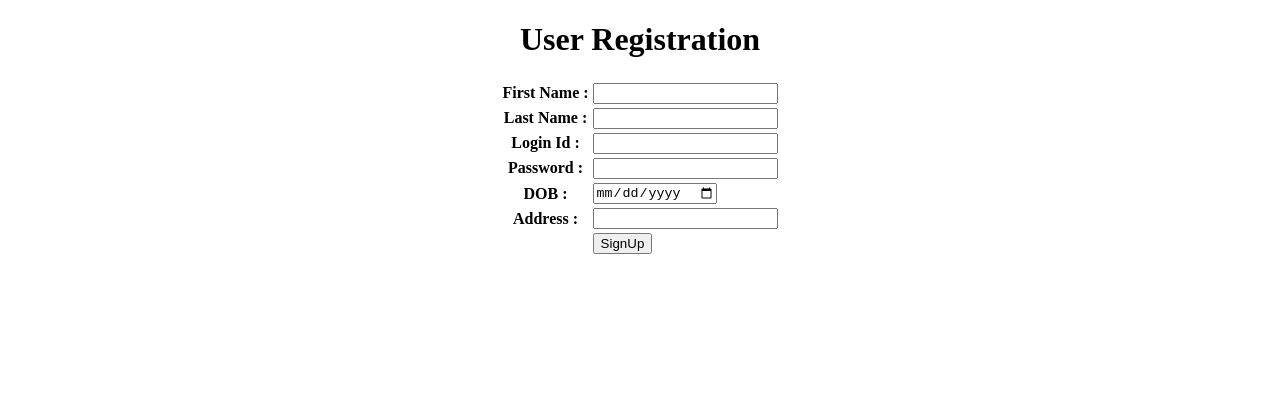
Repository: HimanshuJain1991/ProjectModuleUseCase
Page: http://localhost/Practice/UserRegistrationView.jsp
These files come from the project's save history. The page is drawn as it stood at one moment and after the next save; the edit follows.
The browser window is 1280 px wide. The pictures show the whole page.
The page is served by Tomcat 9. Other server files are loaded and not shown.

Above is the page before, as saved 2024-02-27 20:04:36.

### Practice/src/main/webapp/UserRegistrationView.jsp
<%@page import="in.co.rays.dto.UserDTO"%>
<%@ page language="java" contentType="text/html; charset=ISO-8859-1"
	pageEncoding="ISO-8859-1"%>
<!DOCTYPE html>
<html>
<head>
<meta charset="ISO-8859-1">
<title>Insert title here</title>
</head>

<body>
	<form action="UserRegistrationCtl" method="post">
		<center>
			<table>
			<h1>User Registration</h1>
				<tr>
					<th>First Name :</th>
					<td><input type="text" name="firstName"></td>
				</tr>
				<tr>
					<th>Last Name :</th>
					<td><input type="text" name="lastName"></td>

				</tr>
				<tr>
					<th>Login Id :</th>
					<td><input type="text" name="loginId"></td>

				</tr>
				<tr>
					<th>Password :</th>
					<td><input type="password" name="password"></td>

				</tr>
				<tr>
					<th>DOB :</th>
					<td><input type="date" name="dob"></td>

				</tr>
				<tr>
					<th>Address :</th>
					<td><input type="text" name="address"></td>

				</tr>
				<tr>
					<th></th>
					<td><button type="submit" name="operation">SignUp</button></td>
				</tr>

				</center>
				</form>
</body>
</html>

After the next save:
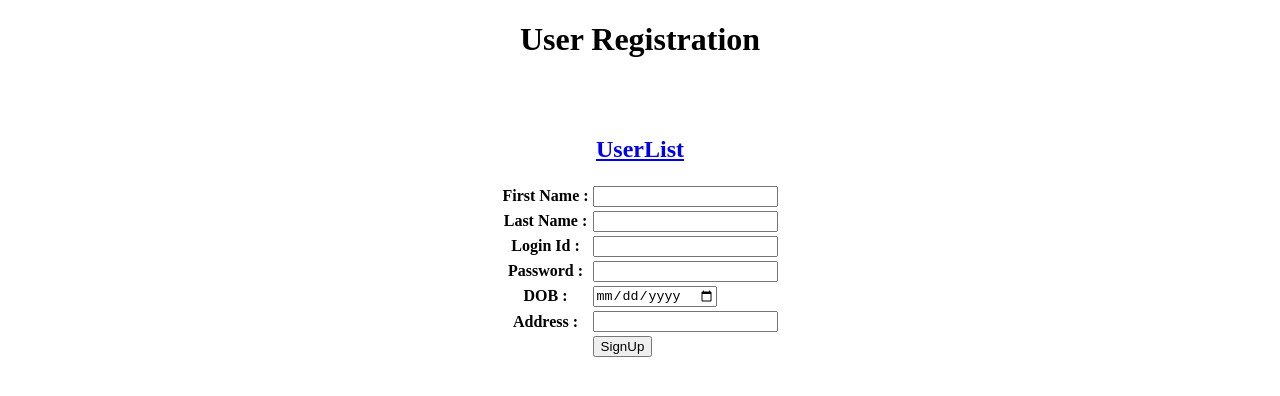
Saved 60 s later.
--- a/Practice/src/main/webapp/UserRegistrationView.jsp
+++ b/Practice/src/main/webapp/UserRegistrationView.jsp
@@ -46,7 +46,8 @@
 					<th></th>
 					<td><button type="submit" name="operation">SignUp</button></td>
 				</tr>
-
+				<br><br>
+<h2><a href="UserListCtl"> UserList</a></h2>
 				</center>
 				</form>
 </body>

After the save that followed:
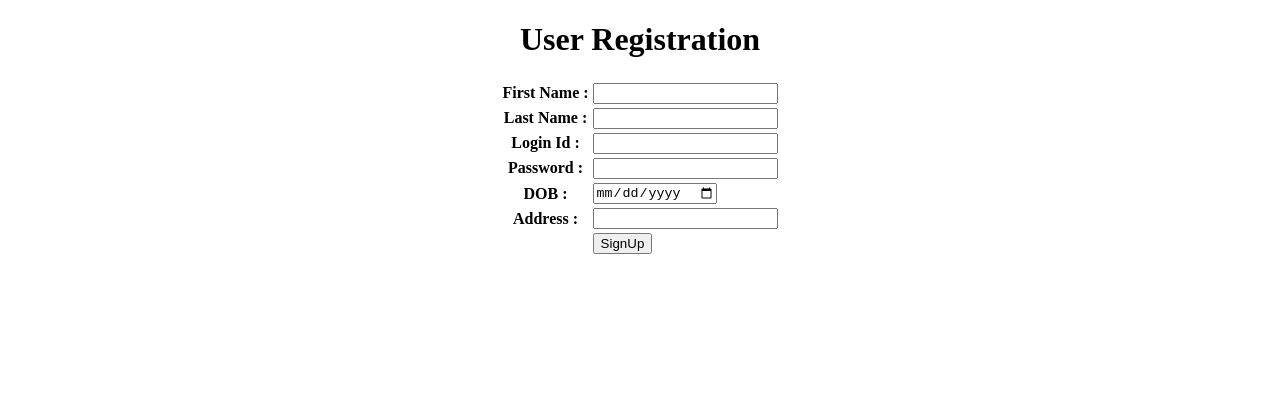
Saved 69 s later.
--- a/Practice/src/main/webapp/UserRegistrationView.jsp
+++ b/Practice/src/main/webapp/UserRegistrationView.jsp
@@ -46,8 +46,8 @@
 					<th></th>
 					<td><button type="submit" name="operation">SignUp</button></td>
 				</tr>
-				<br><br>
-<h2><a href="UserListCtl"> UserList</a></h2>
+
+
 				</center>
 				</form>
 </body>
